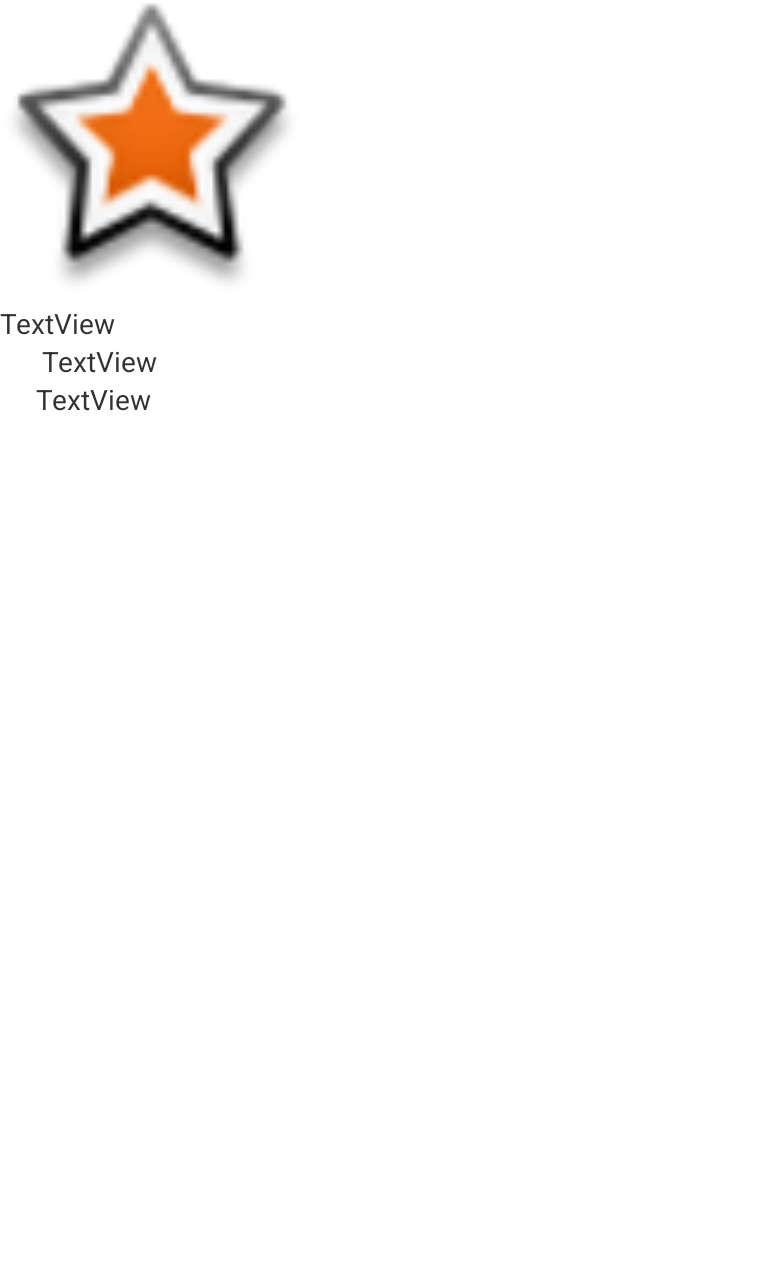
Repository: tyrelltle/LocationService
Layout: iamsingle/iamsingle/res/layout/activity_userinfo.xml
The author's editor kept a copy of each file at every save. The layout is drawn from the files as they stood at one save, then again after a run of saves.
It is drawn on a 768 x 1280 px phone screen (xhdpi) without system bars, with theme AppTheme; the app's code is not run.

Above is the layout before, as saved 2013-08-10 19:08:43.

After the next 2 saves:
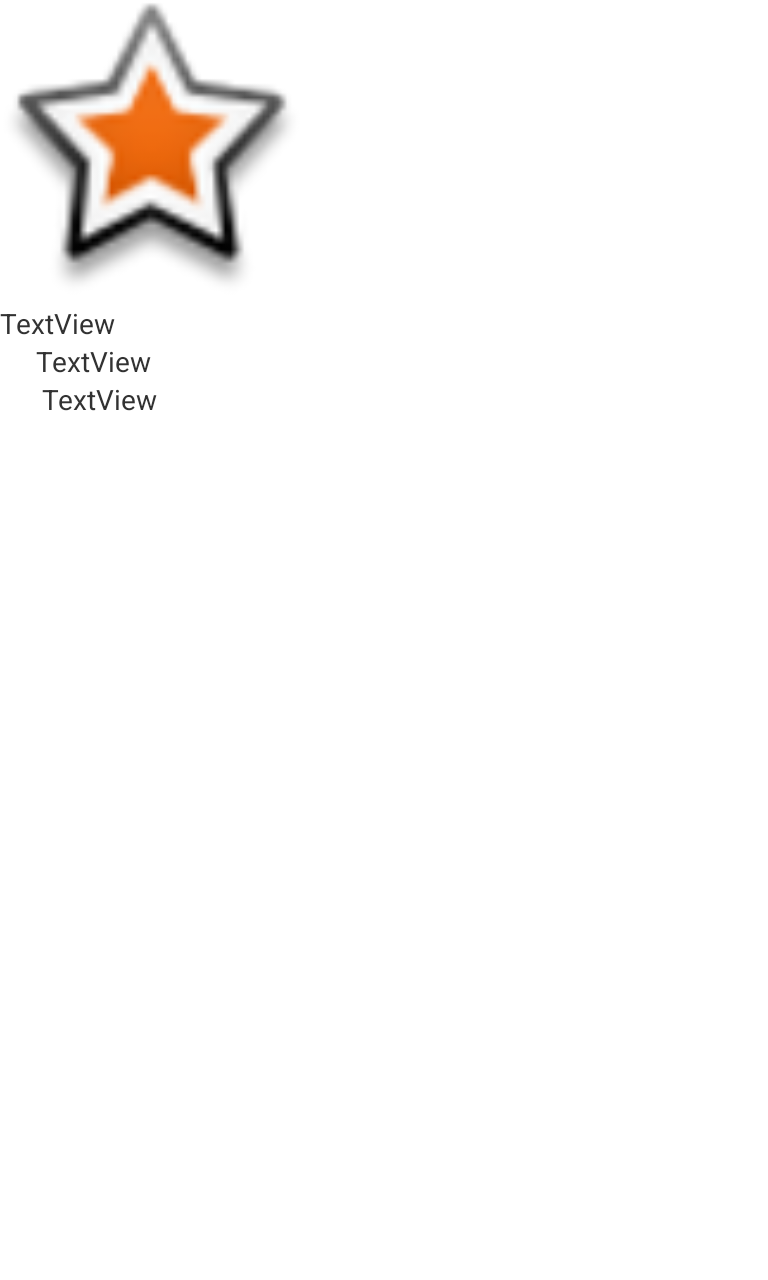
The 2 saves are shown as one change because 1 did not build or start.
The last was saved 43 s later.
--- a/iamsingle/iamsingle/res/layout/activity_userinfo.xml
+++ b/iamsingle/iamsingle/res/layout/activity_userinfo.xml
@@ -15,25 +15,25 @@
     <TableLayout
         android:layout_width="match_parent"
         android:layout_height="wrap_content" >
-            <TextView
-        android:id="@+id/TextView02"
-        android:layout_width="106dp"
-        android:layout_height="wrap_content"
-        android:text="TextView" />
+	    <TextView
+	        android:id="@+id/TextView02"
+	        android:layout_width="106dp"
+	        android:layout_height="wrap_content"
+	        android:text="TextView" />
 
-    <TextView
-        android:id="@+id/TextView01"
-        android:layout_width="106dp"
-        android:layout_height="wrap_content"
-        android:layout_marginLeft="21dp"
-        android:text="TextView" />
+	    <TextView
+	        android:id="@+id/txt_username"
+	        android:layout_width="106dp"
+	        android:layout_height="wrap_content"
+	        android:layout_marginLeft="18dp"
+	        android:text="TextView" />
 
-    <TextView
-        android:id="@+id/txt_username"
-        android:layout_width="106dp"
-        android:layout_height="wrap_content"
-        android:layout_marginLeft="18dp"
-        android:text="TextView" />
+	    <TextView
+	        android:id="@+id/TextView01"
+	        android:layout_width="106dp"
+	        android:layout_height="wrap_content"
+	        android:layout_marginLeft="21dp"
+	        android:text="TextView" />
 
     </TableLayout>
 
